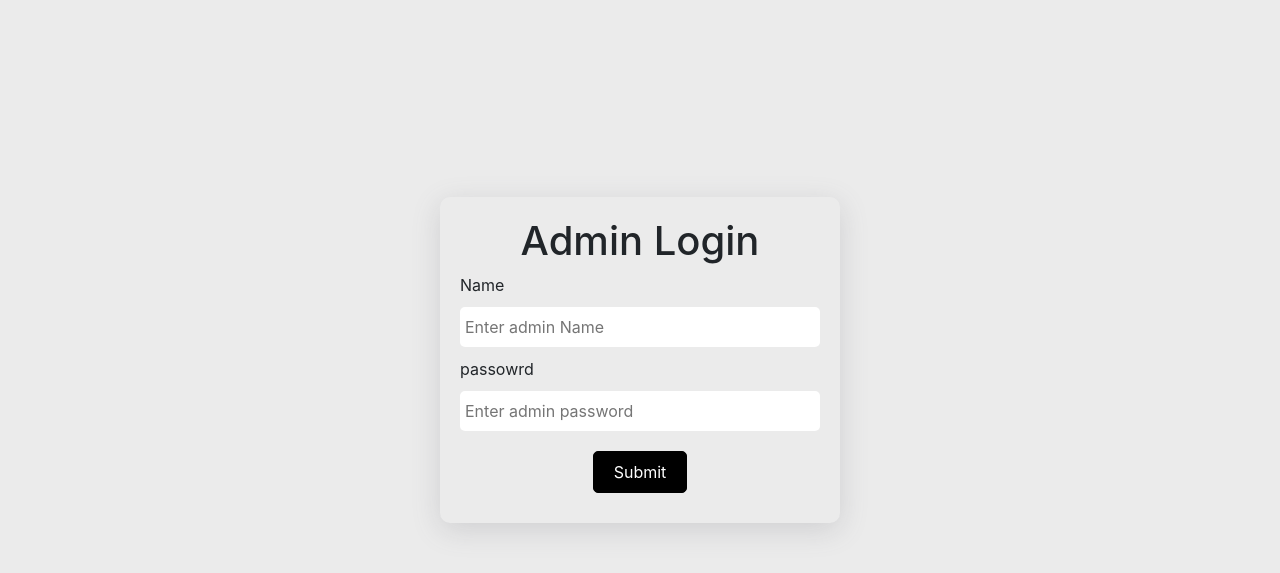
Repository: parthikjadav/parthik-react-practicle-exam
Page: /
An editor plug-in stored every save of this project. The page is shown before and after the next save, followed by the edit.
The browser window is 1280 px wide. The pictures show the whole page.
The project was rebuilt for these pictures with package versions that can differ from the ones it lists, and the page was loaded fresh each time. Requests to the local data server were answered from the project's data file. Also part of the build but not shown: src/App.css, src/componet/page/Reservationform.jsx, src/componet/page/Reservationlist.jsx, src/componet/header/navdata.js, src/componet/header/Navbar.jsx.

Above is the page before, as saved 2024-05-16 10:51:02.

After the next save:
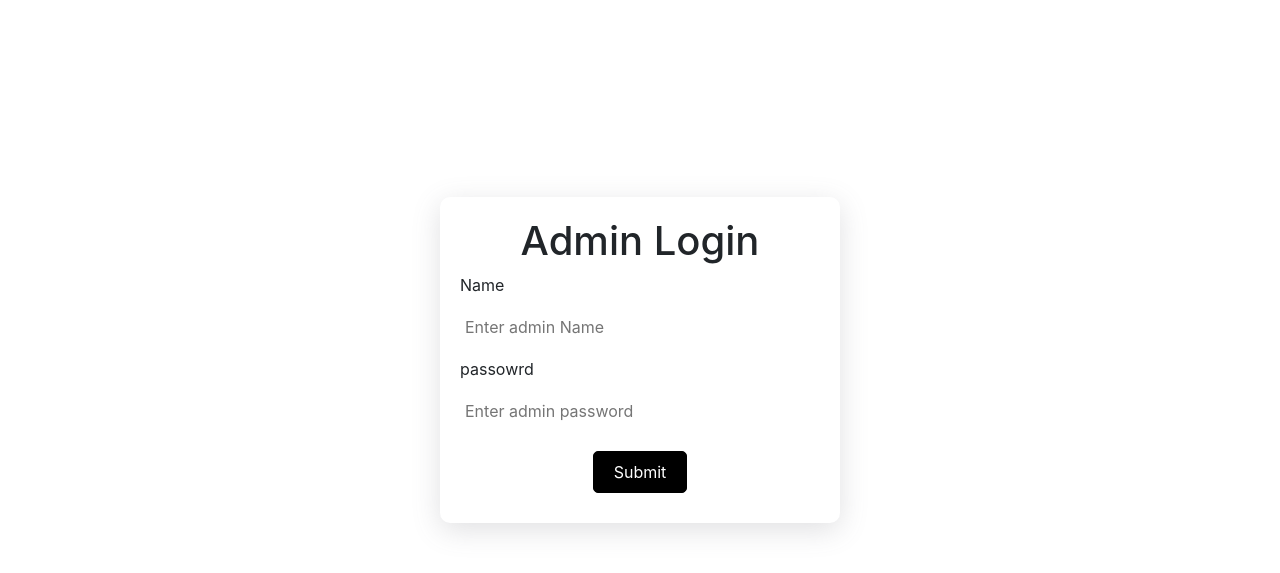
Saved 6 s later.
--- a/src/componet/page/AdminLogin.css
+++ b/src/componet/page/AdminLogin.css
@@ -15,7 +15,6 @@
     display: flex;
     justify-content: center;
     align-items: center;
-    background-color: rgb(235, 235, 235);
 }
 .form input{
   width: 100%;
